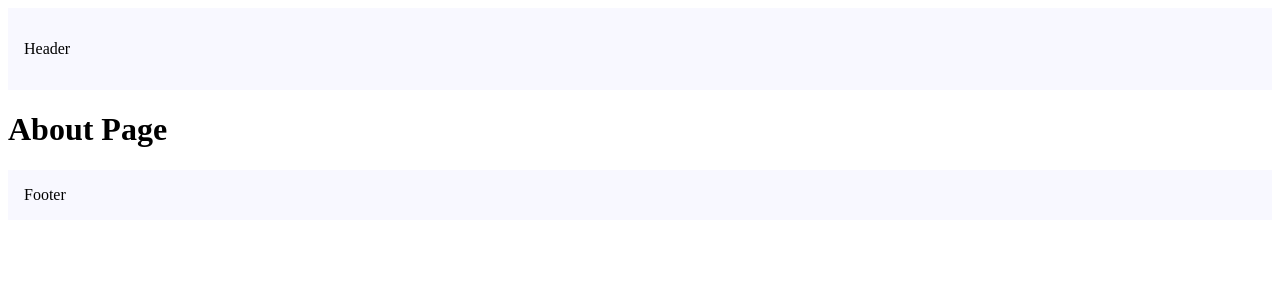
Repository: Mbote-Joseph/Nextjs-Learning
Page: /about
An editor plug-in stored every save of this project. The page is shown before and after the next save, followed by the edit.
The browser window is 1280 px wide. The pictures show the whole page.
The project was rebuilt for these pictures with package versions that can differ from the ones it lists, and the page was loaded fresh each time. The framework's server and built-in components were replaced by stand-ins that run in the browser. Also part of the build but not shown: next.config.mjs.

Above is the page before, as saved 2024-09-15 23:22:15.

After the next save:
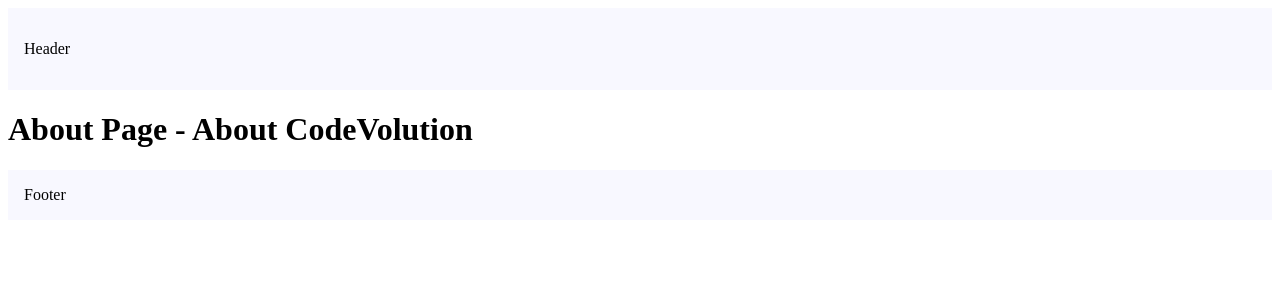
Saved 52 s later.
--- a/src/app/about/page.tsx
+++ b/src/app/about/page.tsx
@@ -1,6 +1,7 @@
+
 export const metadata = {
     title: "About CodeVolution"
 }
 export default function About(){
-    return <h1>About Page</h1>
+    return <h1>About Page - {metadata.title}</h1>
 }
